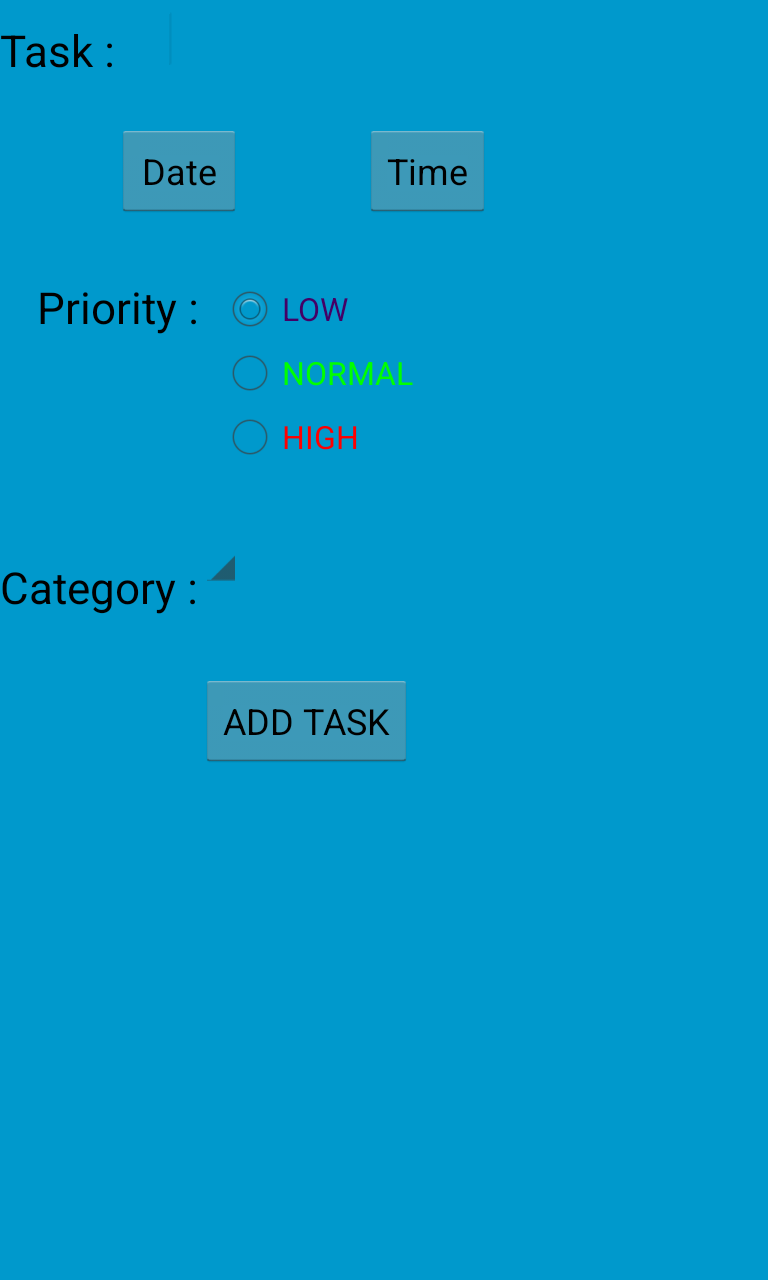
Repository: satyadarls/ToDo
Layout: ToDo/res/layout/customdialog_layout.xml
These files come from the project's save history. The layout is drawn as it stood at one moment and after the next save; the edit follows.
It is drawn on a 768 x 1280 px phone screen (xhdpi) without system bars, with theme AppTheme; the app's code is not run.

Above is the layout before, as saved 2014-07-07 18:29:50.

After the next save:
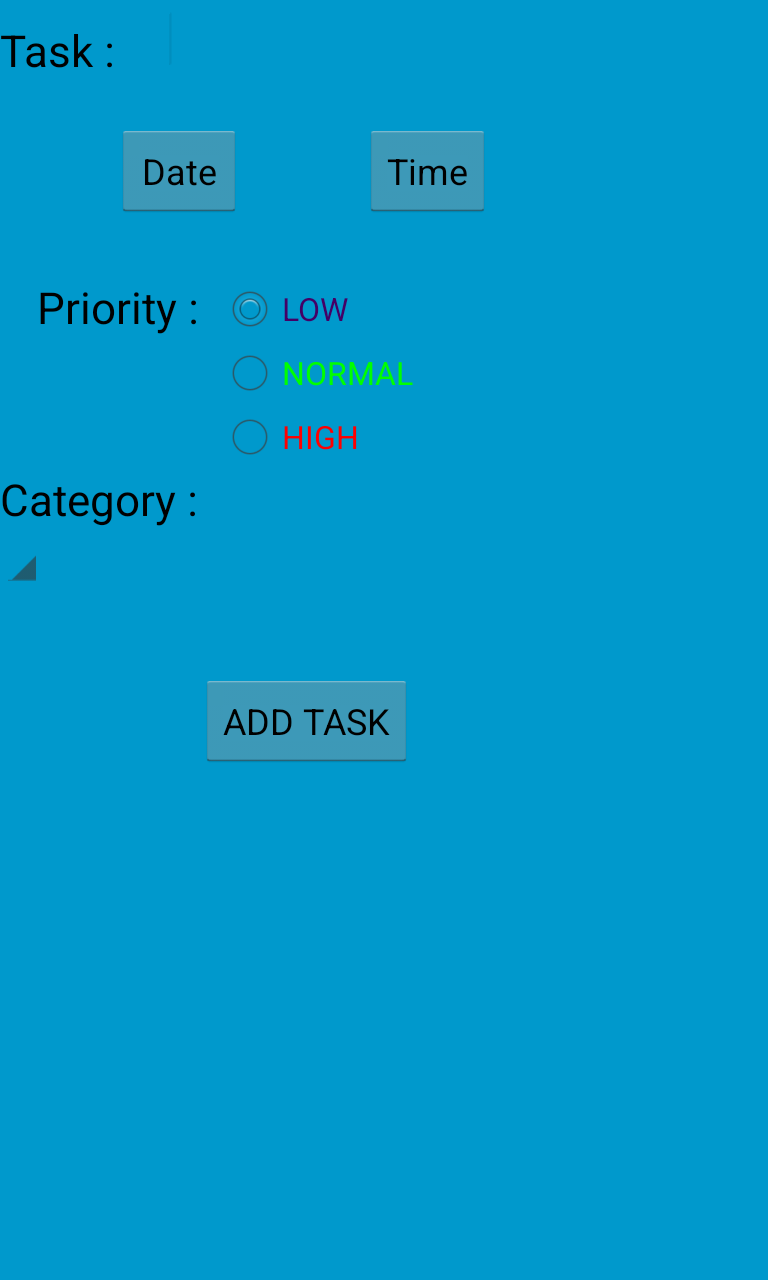
Saved 15 s later.
--- a/ToDo/res/layout/customdialog_layout.xml
+++ b/ToDo/res/layout/customdialog_layout.xml
@@ -89,19 +89,9 @@
         android1:id="@+id/spinnercategory"
         android1:layout_width="wrap_content"
         android1:layout_height="wrap_content"
-        android1:layout_alignLeft="@+id/dialogButton"
+        android1:layout_alignParentLeft="true"
         android1:layout_below="@+id/radioGroup1"
         android1:layout_marginTop="28dp" />
-
-    <TextView
-        android1:id="@+id/textView3"
-        android1:layout_width="wrap_content"
-        android1:layout_height="wrap_content"
-        android1:layout_alignParentLeft="true"
-        android1:layout_alignTop="@+id/spinnercategory"
-        android1:layout_marginTop="16dp"
-        android1:text="Category :"
-        android1:textAppearance="?android:attr/textAppearanceLarge" />
 
     <Button
         android1:id="@+id/dialogButton"
@@ -112,4 +102,13 @@
         android1:layout_toRightOf="@+id/textView3"
         android1:text="ADD TASK" />
 
+    <TextView
+        android1:id="@+id/textView3"
+        android1:layout_width="wrap_content"
+        android1:layout_height="wrap_content"
+        android1:layout_alignParentLeft="true"
+        android1:layout_below="@+id/radioGroup1"
+        android1:text="Category :"
+        android1:textAppearance="?android:attr/textAppearanceLarge" />
+
 </RelativeLayout>
